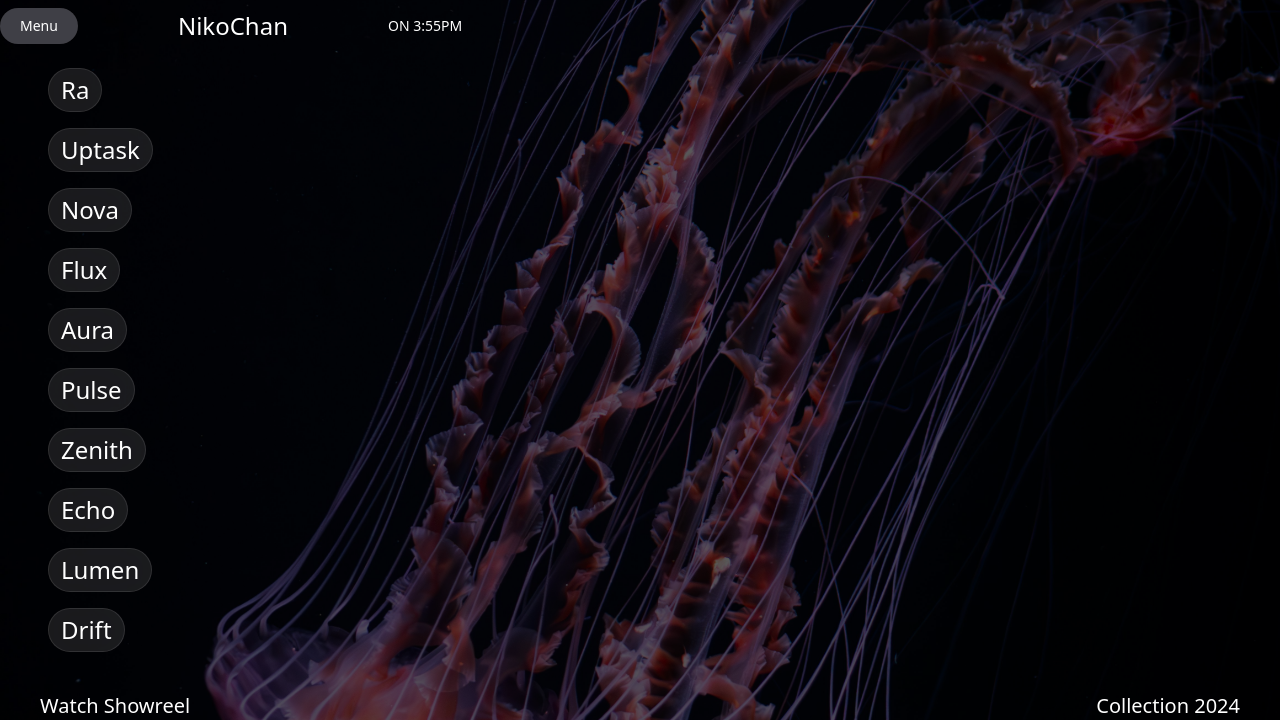
Repository: nikhilsinghrathore1/Niks_indian_local
Page: /
An editor plug-in stored every save of this project. The page is shown before and after the next save, followed by the edit.
The browser window is 1280 px wide. The pictures show the whole page.
The project was rebuilt for these pictures with package versions that can differ from the ones it lists, and the page was loaded fresh each time. Also part of the build but not shown: vite.config.ts.

Above is the page before, as saved 2024-08-27 10:53:20.

After the next save:
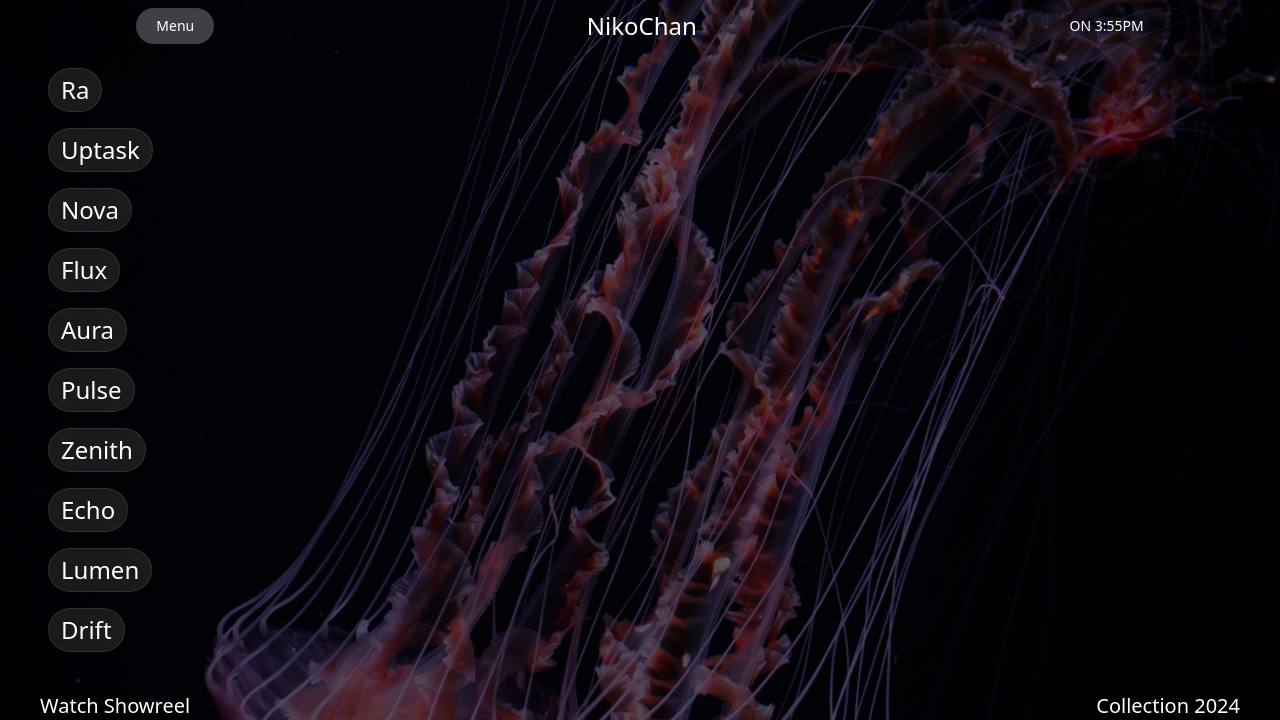
Saved 7 s later.
--- a/src/Components/Landing.tsx
+++ b/src/Components/Landing.tsx
@@ -272,7 +272,7 @@ const Landing: React.FC = () => {
   return (
     <div className='w-full h-screen overflow-hidden fixed text-white bg-black'>
       {/* Nav Bar */}
-      <nav className='w-full fixed flex pt-2 items-center gap-[100px] text-lg z-50'>
+      <nav className='w-full fixed flex pt-2 items-center justify-around gap-[100px] text-lg z-50'>
         <div className='menu-btn w-fit bg-zinc-700 rounded-full backdrop-blur-md px-5 py-2 cursor-pointer'>
           <h1 className='text-sm'>Menu</h1>
         </div>
